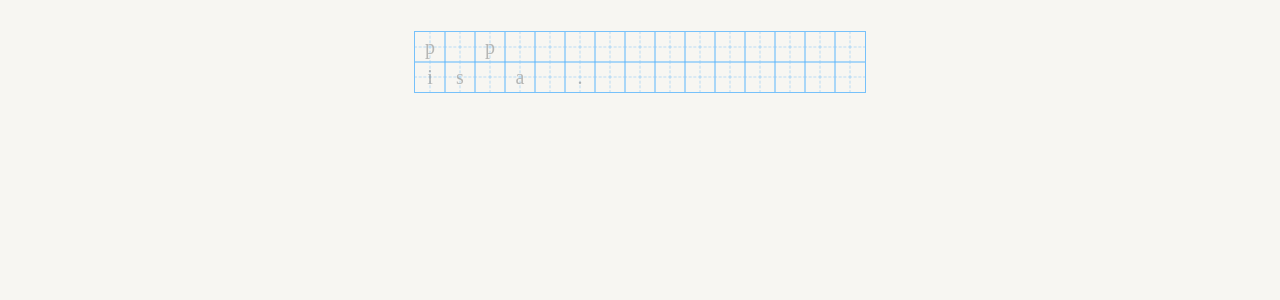
Repository: pyrcl090/p-p
Page: index.html
An editor plug-in stored every save of this project. The page is shown before and after a run of saves, followed by the edit.
The browser window is 1280 px wide. The pictures show the whole page.
The page's requests for data from a server got no answer. Some web fonts or font styles are not loaded; a fallback is used.

Above is the page before, as saved 2025-04-19 23:08:12.

After the next 3 saves:
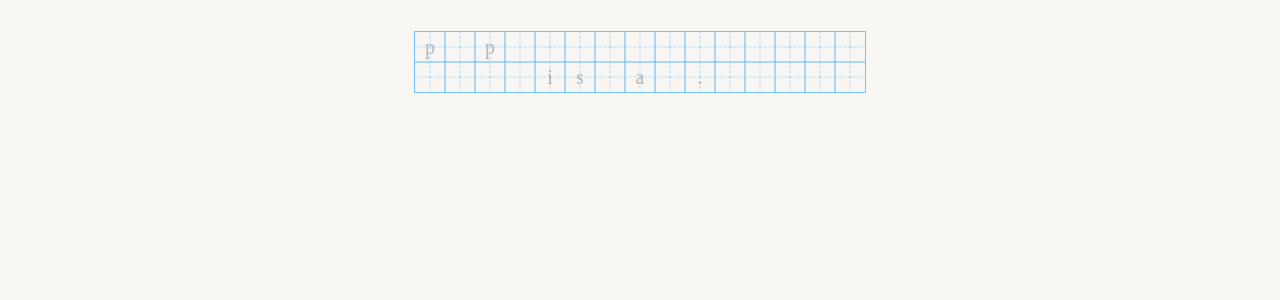
The 3 saves are shown as one change because they came seconds apart.
The last was saved 12 s later.
--- a/script.js
+++ b/script.js
@@ -14,7 +14,7 @@ const loadedChannels = new Set();
 // Optional menu content
 const menuItems = [
   {
-    content: "p p            is a ."
+    content: "p p                is a ."
   }
 ];
 
